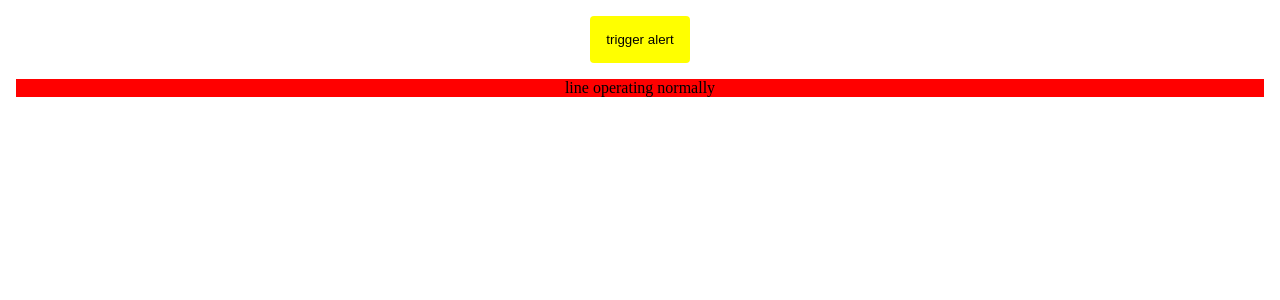
Repository: Esttevo/list-rewiew-js-2
Page: modulo-6/index.html
The author's editor kept a copy of each file at every save. The page is drawn from the files as they stood at one save, then again after a run of saves.
The browser window is 1280 px wide. The pictures show the whole page.

Above is the page before, as saved 2026-10-22 19:59:44.

### modulo-6/index.html
<!DOCTYPE html>
<html lang="en">
<head>
    <meta charset="UTF-8">
    <meta name="viewport" content="width=device-width, initial-scale=1.0">
    <title>att-1-module-6</title>
    <script src="/modulo-6/app.js" defer></script>
    <link rel="stylesheet" href="/modulo-6/style.css">
</head>
<body>
    <button id="btn-alert">trigger alert</button>

    <div class="wrapper wrapper-alert">
        <p id="alert">line operating normally</p>
    </div>
</body>
</html>

### modulo-6/app.js
// Crie uma página HTML contendo um botão <button id='btnAlerta'>Disparar Alerta</button> e uma <div
// id='statusPainel'>Linha Operando Normalmente</div>. Ao clicar no botão, utilize document.getElementById() para ;
// alterar o texto da div para 'ATENÇÃO: Parada de Emergência Solicitada!' e mudar a cor do texto para vermelho.

const btnAlert = document.getElementById("btn-alert");
const divAlert = document.querySelector(".wrapper-alert");
const textAlert = document.getElementById("alert");

btnAlert.addEventListener("click", () => {
    textAlert.textContent = "ALERT: Emergency stop requested";
    divAlert.classList.add("")
})

### modulo-6/style.css
* {
    padding: 0;
    margin: 0;
    text-decoration: none;
}

#btn-alert {
    display: flex;
    justify-self: center;
    background-color: yellow;
    color: black;
    padding: 1rem;
    border-radius: 4px;
    border: none;
     margin:1rem;
}

#btn-alert:hover {
    background-color: rgb(114, 114, 3);
}

.wrapper-alert {
    display: flex;
    justify-content: center;
    margin:1rem;
    background-color: RED;
}

After the next 4 saves:
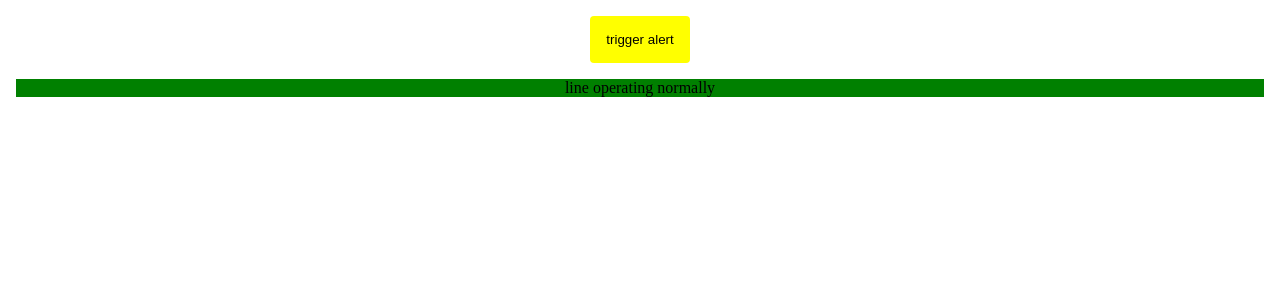
The 4 saves are shown as one change because they came seconds apart.
The last was saved 16 s later.
--- a/modulo-6/style.css
+++ b/modulo-6/style.css
@@ -23,5 +23,6 @@
     display: flex;
     justify-content: center;
     margin:1rem;
-    background-color: RED;
+    background-color: green;
+
 }
